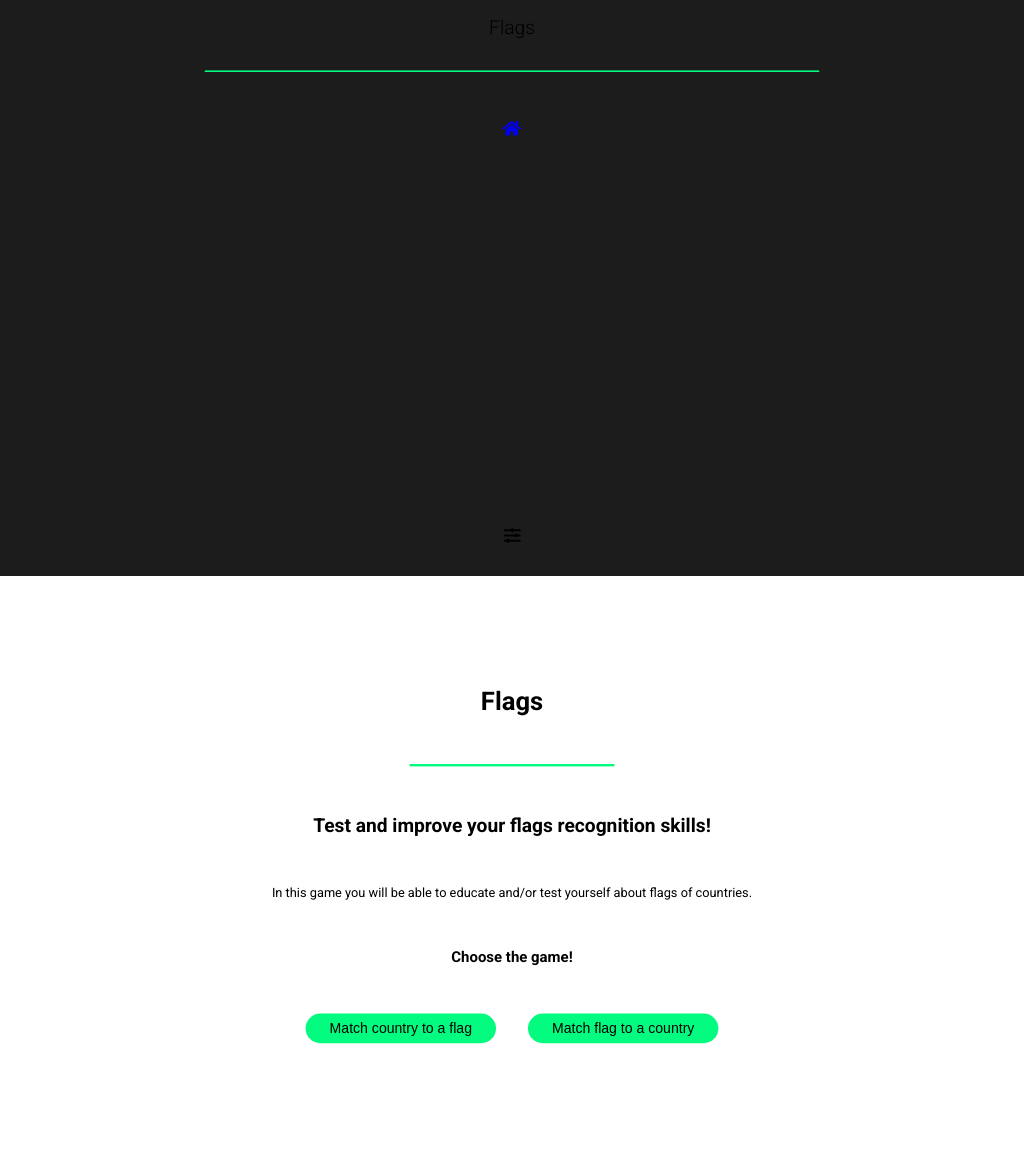
Repository: RXBVK/Flags
Page: /
These files come from the project's save history. The page is drawn as it stood at one moment and after the next save; the edit follows.
The browser window is 1280 px wide. The pictures show the whole page, at 80% of full size.
The page's requests for data from a server got no answer. The project was rebuilt for these pictures with package versions that can differ from the ones it lists, and the page was loaded fresh each time. No one was signed in, and anything a server would have sent is missing. Also part of the build but not shown: src/components/Games/CountryToFlag/CountryToFlag.js.

Above is the page before, as saved 2021-06-29 18:10:32.

### public/index.html
<!DOCTYPE html>
<html lang="en">

<head>
  <meta charset="utf-8" />
  <link rel="icon" href="%PUBLIC_URL%/favicon.ico" />
  <meta name="viewport" content="width=device-width, initial-scale=1" />
  <meta name="theme-color" content="#000000" />
  <meta name="description" content="Web site created using create-react-app" />
  <link rel="apple-touch-icon" href="%PUBLIC_URL%/logo192.png" />
  <!--
      manifest.json provides metadata used when your web app is installed on a
      user's mobile device or desktop. See https://developers.google.com/web/fundamentals/web-app-manifest/
    -->
  <link rel="manifest" href="%PUBLIC_URL%/manifest.json" />
  <link rel="preconnect" href="https://fonts.googleapis.com">
  <link rel="preconnect" href="https://fonts.gstatic.com" crossorigin>
  <link href="https://fonts.googleapis.com/css2?family=Roboto:wght@100;300;400;500;700;900&display=swap"
    rel="stylesheet">
  <!--
      Notice the use of %PUBLIC_URL% in the tags above.
      It will be replaced with the URL of the `public` folder during the build.
      Only files inside the `public` folder can be referenced from the HTML.

      Unlike "/favicon.ico" or "favicon.ico", "%PUBLIC_URL%/favicon.ico" will
      work correctly both with client-side routing and a non-root public URL.
      Learn how to configure a non-root public URL by running `npm run build`.
    -->
  <title>Learn Countries Flags</title>
</head>

<body>
  <noscript>You need to enable JavaScript to run this app.</noscript>
  <div id="root"></div>
  <!--
      This HTML file is a template.
      If you open it directly in the browser, you will see an empty page.

      You can add webfonts, meta tags, or analytics to this file.
      The build step will place the bundled scripts into the <body> tag.

      To begin the development, run `npm start` or `yarn start`.
      To create a production bundle, use `npm run build` or `yarn build`.
    -->
</body>

</html>

### src/App.js
import Navigation from "./components/Navigation/Navigation";
import { BrowserRouter as Router } from "react-router-dom";
import { useState, useEffect } from "react";
import { AppContext } from "./utils/context";

function App() {
  const [allCountries, setAllCountries] = useState([]);

  useEffect(() => {
    const getData = async () => {
      console.log("Pobieram dane");
      let response = await fetch("https://restcountries.eu/rest/v2/all");
      let data = await response.json();
      console.log("Pobrałem dane");
      console.log(data);
      setAllCountries(data);
    };
    getData();
  }, []);

  return (
    <>
      <Router>
        <AppContext.Provider value={allCountries}>
          <Navigation />
        </AppContext.Provider>
      </Router>
    </>
  );
}

export default App;

### src/components/Navigation/Navigation.js
import React, { useState } from "react";
import { Switch, Route, NavLink } from "react-router-dom";
import { faHome, faSlidersH } from "@fortawesome/free-solid-svg-icons";
import { FontAwesomeIcon } from "@fortawesome/react-fontawesome";
import Divider from "../../utils/Divider";
import Home from "../Home/Home";
import CountryToFlag from "../Games/CountryToFlag/CountryToFlag";
import "./Navigation.css";

export default function Navigation() {
  return (
    <>
      <div className="navigation">
        <header>
          <h1 className="navigation__logo">Flags</h1>
        </header>
        <Divider width={60} height={3} />
        <div className="navigation__menu">
          <NavLink exact to="/">
            <FontAwesomeIcon icon={faHome} />
          </NavLink>
        </div>
        <FontAwesomeIcon icon={faSlidersH} />
      </div>
      <Switch>
        <Route exact path="/">
          <Home />
        </Route>
        <Route exact path="/country-to-flag">
          <CountryToFlag />
        </Route>
        {/* <Route>
                        <NotFound />
                    </Route> */}
      </Switch>
    </>
  );
}

### src/utils/context.js
import { createContext } from "react";

export const AppContext = createContext([]);

### src/utils/Divider.js
import React from "react";

export default function Divider(props) {
  return (
    <div
      style={{
        width: `${props.width}%`,
        height: `${props.height}px`,
        backgroundColor: "#03fc80",
      }}
    ></div>
  );
}

### src/components/Home/Home.js
import React from "react";
import Divider from "../../utils/Divider";
import { useHistory } from "react-router-dom";

export default function Home() {
  let history = useHistory();

  return (
    <div className="container">
      <h1>Flags</h1>
      <Divider height={3} width={20} />
      <h2>Test and improve your flags recognition skills!</h2>
      <p>
        In this game you will be able to educate and/or test yourself about
        flags of countries.
      </p>
      <h3>Choose the game!</h3>
      <div>
        <button
          className="button button--basic"
          onClick={() => history.push("/country-to-flag")}
        >
          Match country to a flag
        </button>
        <button
          className="button button--basic"
          onClick={() => history.push("/flag-to-country")}
        >
          Match flag to a country
        </button>
      </div>
    </div>
  );
}

### src/components/Navigation/Navigation.css
.container {
  position: relative;
  display: -webkit-box;
  display: -ms-flexbox;
  display: flex;
  -webkit-box-orient: vertical;
  -webkit-box-direction: normal;
      -ms-flex-direction: column;
          flex-direction: column;
  -webkit-box-pack: center;
      -ms-flex-pack: center;
          justify-content: center;
  -webkit-box-align: center;
      -ms-flex-align: center;
          align-items: center;
  text-align: center;
  width: 100%;
  height: 100vh;
  overflow-y: auto;
}

.button {
  border: none;
  border-radius: 25px;
  cursor: pointer;
  -webkit-transition: all 200ms linear;
  transition: all 200ms linear;
}

.button--basic {
  min-width: 200px;
  min-height: 35px;
  background-color: #03fc80;
  font-size: 1.1em;
  margin: 0 20px;
  padding: 8px 30px;
}

.button--basic:hover {
  -webkit-filter: brightness(80%);
          filter: brightness(80%);
}

.button--answer {
  min-width: 250px;
  min-height: 40px;
  font-size: 1em;
  padding: 8px 30px;
  background-color: transparent;
  color: white;
  border: 2px solid #03fc80;
}

.button--answer:hover {
  background-color: #03fc80;
  color: black;
}

.button--light-border {
  border: 1px solid #03fc80;
  border-radius: 0;
  padding: 10px 40px;
}

.button--light-border:hover {
  background-color: #03fc80;
  color: black;
}

.game__container {
  display: -webkit-box;
  display: -ms-flexbox;
  display: flex;
  -webkit-box-orient: vertical;
  -webkit-box-direction: normal;
      -ms-flex-direction: column;
          flex-direction: column;
  -webkit-box-align: center;
      -ms-flex-align: center;
          align-items: center;
  -webkit-box-pack: center;
      -ms-flex-pack: center;
          justify-content: center;
  height: 100%;
  width: 100%;
}

.answers {
  display: -ms-grid;
  display: grid;
  margin: 60px 0 20px 0;
}

@media (max-width: 1000px) {
  .answers {
    -ms-grid-columns: (1fr)[1];
        grid-template-columns: repeat(1, 1fr);
    gap: 25px 0;
    width: 95%;
  }
}

@media (min-width: 1001px) {
  .answers {
    -ms-grid-columns: (1fr)[2];
        grid-template-columns: repeat(2, 1fr);
    gap: 25px 20px;
  }
}

::-webkit-scrollbar {
  width: 10px;
}

/* Track */
::-webkit-scrollbar-track {
  background: #1c1c1c;
}

/* Handle */
::-webkit-scrollbar-thumb {
  background: #2f2f2f;
  border-radius: 10px;
}

/* Handle on hover */
::-webkit-scrollbar-thumb:hover {
  background: #393939;
}

.game__score,
.game__time {
  position: absolute;
  bottom: 30px;
}

.game__score {
  left: 30px;
}

.game__time {
  right: 30px;
}

@media (min-width: 1001px) {
  .container > * {
    margin: 30px 0;
  }
}

.navigation {
  min-width: 150px;
  height: 100vh;
  background-color: #1c1c1c;
  display: -webkit-box;
  display: -ms-flexbox;
  display: flex;
  -webkit-box-orient: vertical;
  -webkit-box-direction: normal;
      -ms-flex-direction: column;
          flex-direction: column;
  -webkit-box-align: center;
      -ms-flex-align: center;
          align-items: center;
  overflow-y: auto;
}

.navigation > * {
  margin: 20px 0;
}

.navigation > :first-child {
  margin-top: 20px;
}

.navigation > :last-child {
  margin-bottom: 40px;
}

.navigation .navigation__logo {
  font-size: 1.5em;
  position: relative;
  font-weight: 300;
  margin: 0;
}

.navigation .navigation__menu {
  display: -webkit-box;
  display: -ms-flexbox;
  display: flex;
  -webkit-box-orient: vertical;
  -webkit-box-direction: normal;
      -ms-flex-direction: column;
          flex-direction: column;
  -webkit-box-align: center;
      -ms-flex-align: center;
          align-items: center;
  height: 100%;
}

.navigation .navigation__menu > * {
  margin: 20px 0;
}

.navigation svg {
  font-size: 1.3em;
  cursor: pointer;
}

@media (max-width: 1000px) {
  .navigation {
    display: none;
  }
}
/*# sourceMappingURL=Navigation.css.map */

Loaded but not shown: src/index.js (common file); src/index.css (common file); src/reportWebVitals.js (common file)

After the next save:
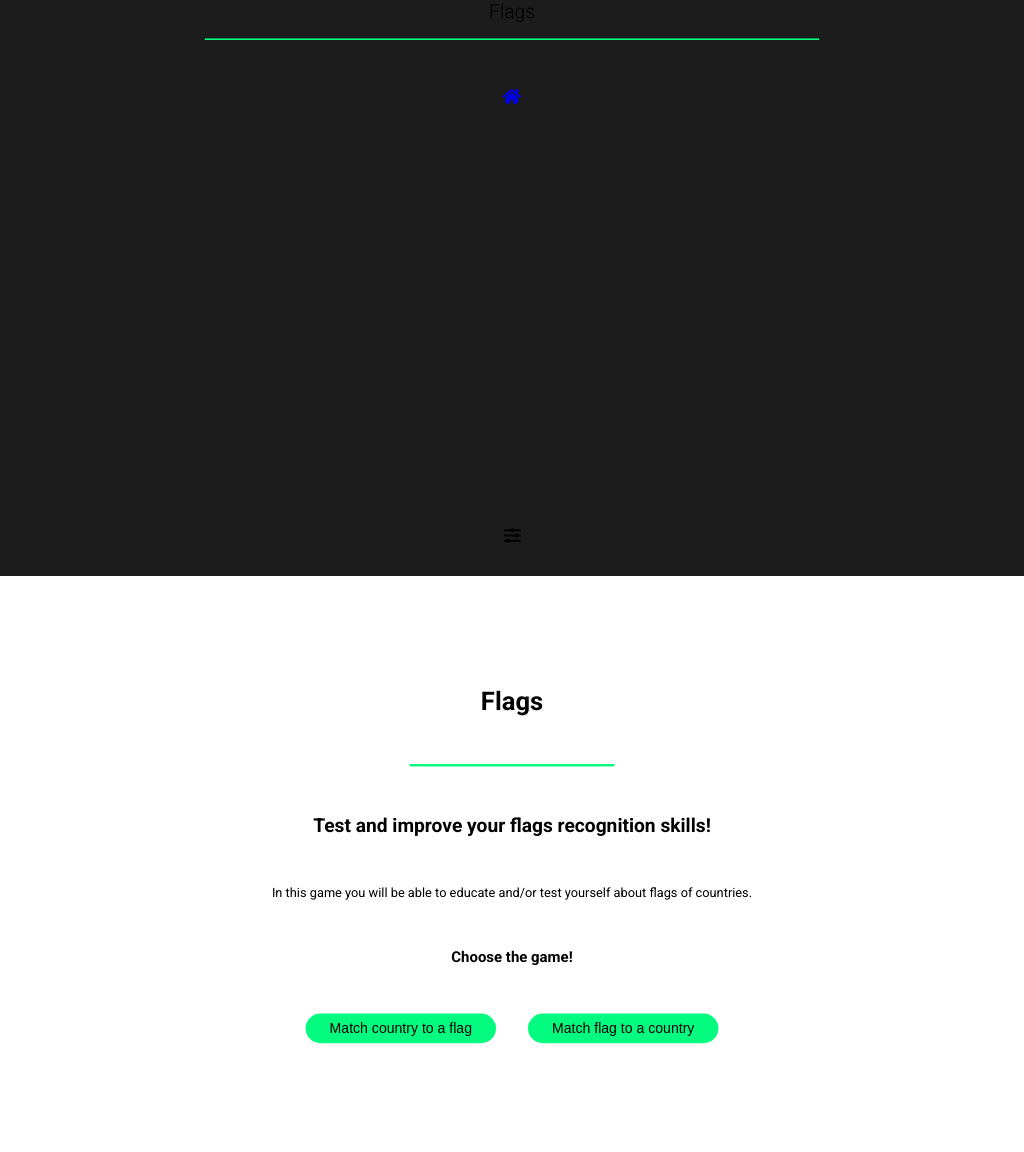
Saved 12 s later.
--- a/src/components/Navigation/Navigation.js
+++ b/src/components/Navigation/Navigation.js
@@ -11,9 +11,7 @@
   return (
     <>
       <div className="navigation">
-        <header>
-          <h1 className="navigation__logo">Flags</h1>
-        </header>
+        <logo className="navigation__logo">Flags</logo>
         <Divider width={60} height={3} />
         <div className="navigation__menu">
           <NavLink exact to="/">

After the save that followed:
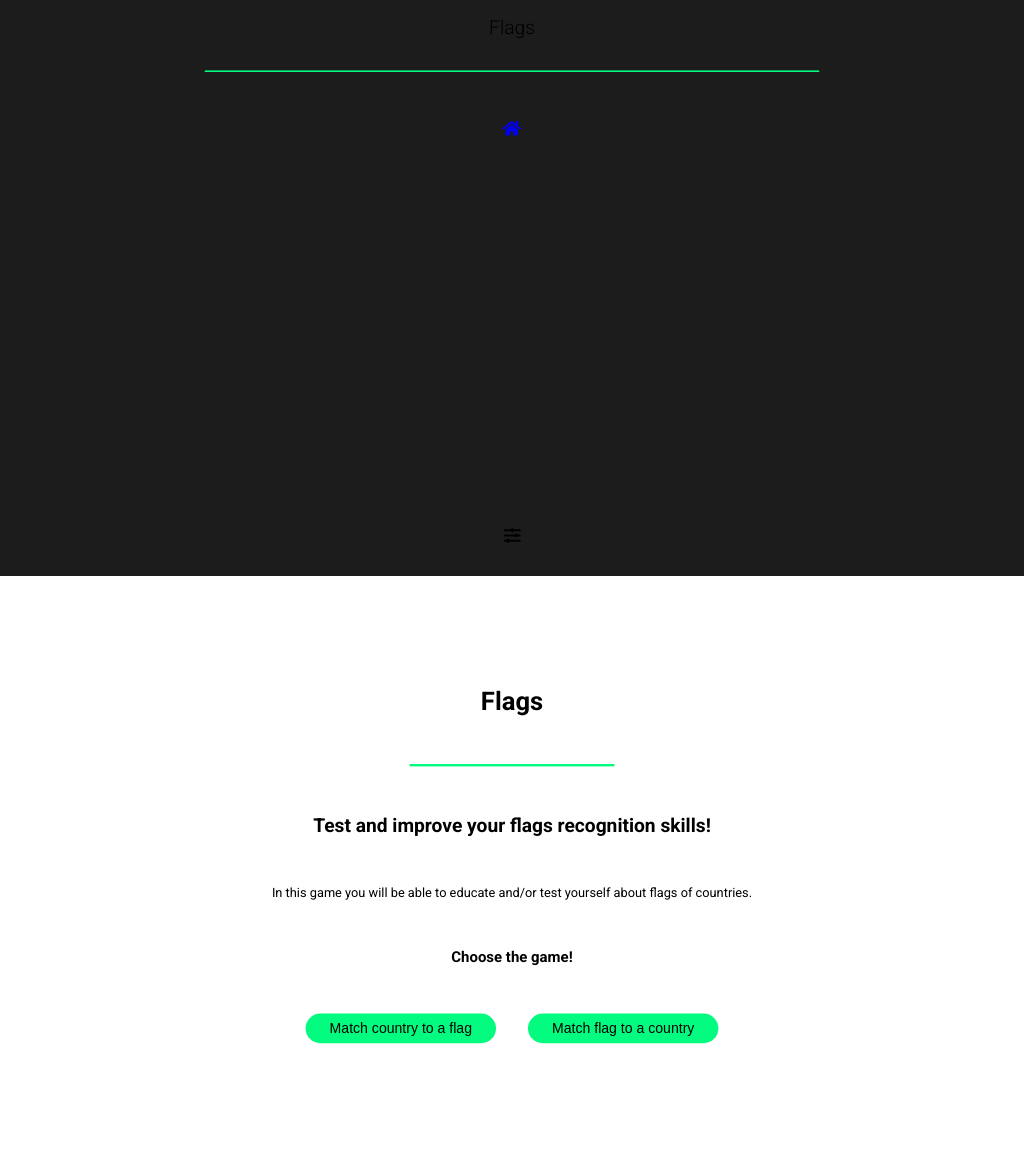
Saved 16 s later.
--- a/src/components/Navigation/Navigation.js
+++ b/src/components/Navigation/Navigation.js
@@ -11,7 +11,9 @@
   return (
     <>
       <div className="navigation">
-        <logo className="navigation__logo">Flags</logo>
+        <header>
+          <h1 className="navigation__logo">Flags</h1>
+        </header>
         <Divider width={60} height={3} />
         <div className="navigation__menu">
           <NavLink exact to="/">
